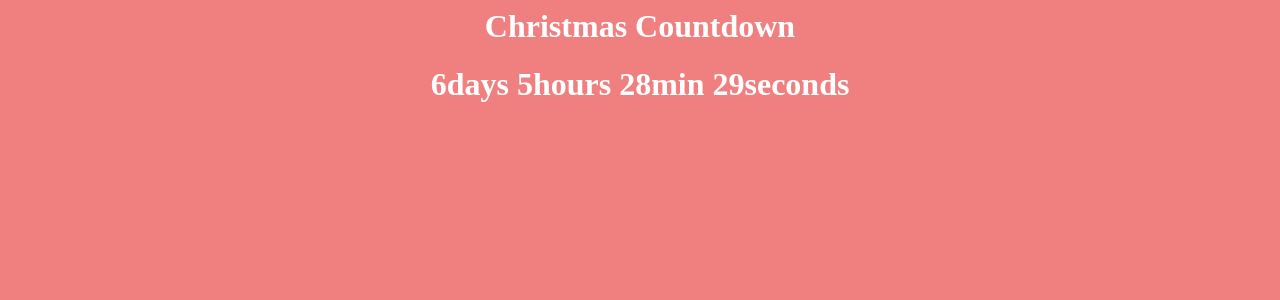
Repository: notMaximilian/countdown-timer
Page: index.html
An editor plug-in stored every save of this project. The page is shown before and after the next save, followed by the edit.
The browser window is 1280 px wide. The pictures show the whole page.

Above is the page before, as saved 2021-12-18 18:49:51.

### index.html
<html lang="en">
    <head>
        <meta charset="utf-8"/>
        <title>Christmas Countdown</title>
        <link rel="stylesheet" href="styles.css"/>
    </head>
    <body>
        <h1 id="main-text">Christmas Countdown</h1>
        <h1 id="time-left"></h1>
        <script src="app.js"></script>
    </body>
</html>

### styles.css
body{
    background-color: lightcoral;
    color:white;
    text-align: center;
    padding
    font-family: 'Trebuchet MS', 'Lucida Sans Unicode', 'Lucida Grande', 'Lucida Sans', Arial, sans-serif;
}

### app.js
const timeLeft = document.getElementById('time-left')
let timerId;
//Units of time
const second = 1000
const minute = second * 60
const hour = minute * 60
const day = hour * 24

const christmas = new Date('12/25/2021')

function countdown(){
    const today = new Date();
    const timeSpan = christmas - today;

    if(timeSpan <= -day){
        timeLeft.innerHTML("I hope you had a Merry Christmas!!!")
        clearInterval(timerId)
        return
    }

    if (timeSpan <= 0){
        timeLeft.innerHTML("Merry Christmas!!!")
        clearInterval(timerId)
        return
    }

    const days = Math.floor(timeSpan / day)
    const hours = Math.floor((timeSpan % day) / hour)
    const minutes = Math.floor((timeSpan % hour) / minute)
    const seconds = Math.floor((timeSpan % minute) / second)

    timeLeft.innerHTML = days + "days " + hours + "hours " + minutes + "min " + seconds + "seconds"

}

timerId = setInterval(countdown, second)

After the next save:
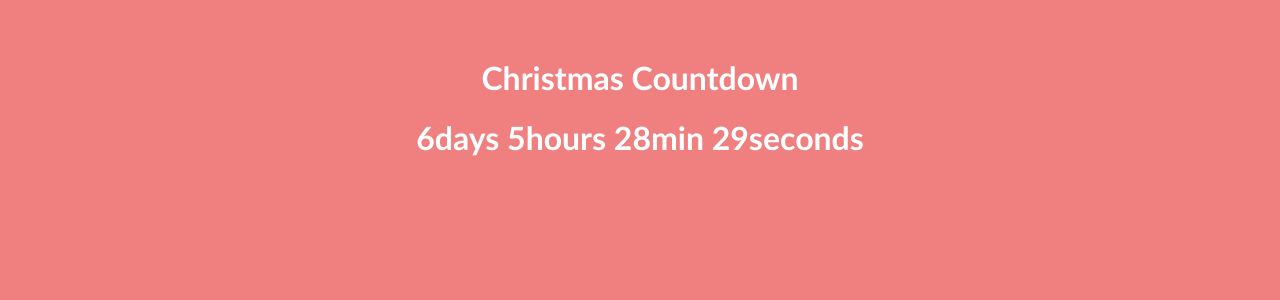
Saved 7 s later.
--- a/styles.css
+++ b/styles.css
@@ -2,6 +2,6 @@ body{
     background-color: lightcoral;
     color:white;
     text-align: center;
-    padding
+    padding-top: 50px;
     font-family: 'Trebuchet MS', 'Lucida Sans Unicode', 'Lucida Grande', 'Lucida Sans', Arial, sans-serif;
 }
